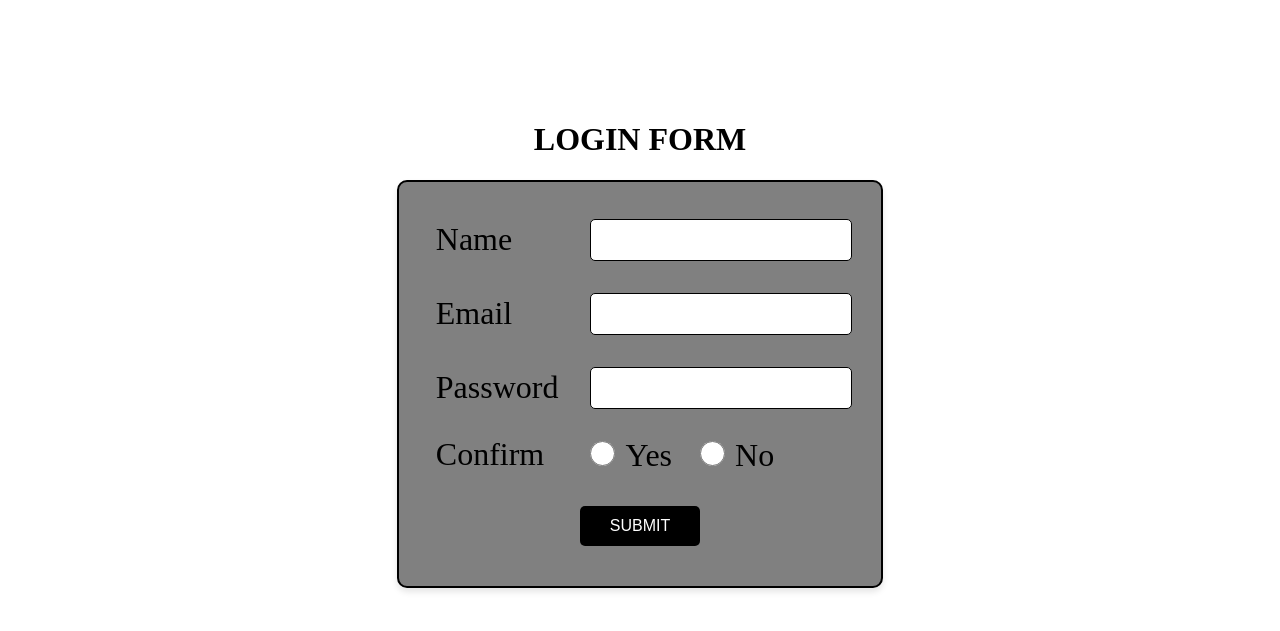
Repository: obusakthi539/Loginform
Page: Form.html
These files come from the project's save history. The page is drawn as it stood at one moment and after the next save; the edit follows.
The browser window is 1280 px wide. The pictures show the whole page.

Above is the page before, as saved 2025-01-10 18:39:40.

After the next save:
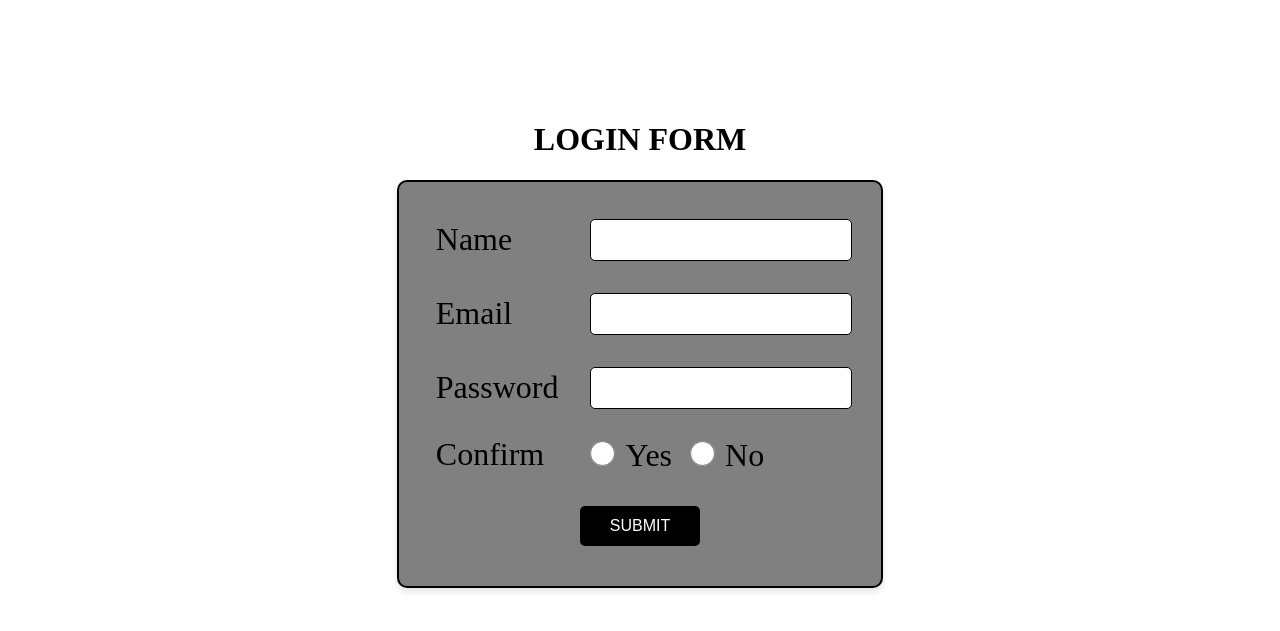
Saved 19 h 44 min later.
--- a/Form.html
+++ b/Form.html
@@ -80,7 +80,7 @@
                     <td><label for="">Confirm</label></td>
                     <td>
                         <input type="radio" name="a" id="i">Yes
-                        <input type="radio" name="a" id="i" style="margin-left: 20px;">No
+                        <input type="radio" name="a" id="i" style="margin-left: 10px;">No
                     </td>
                 </tr>
             </table>
